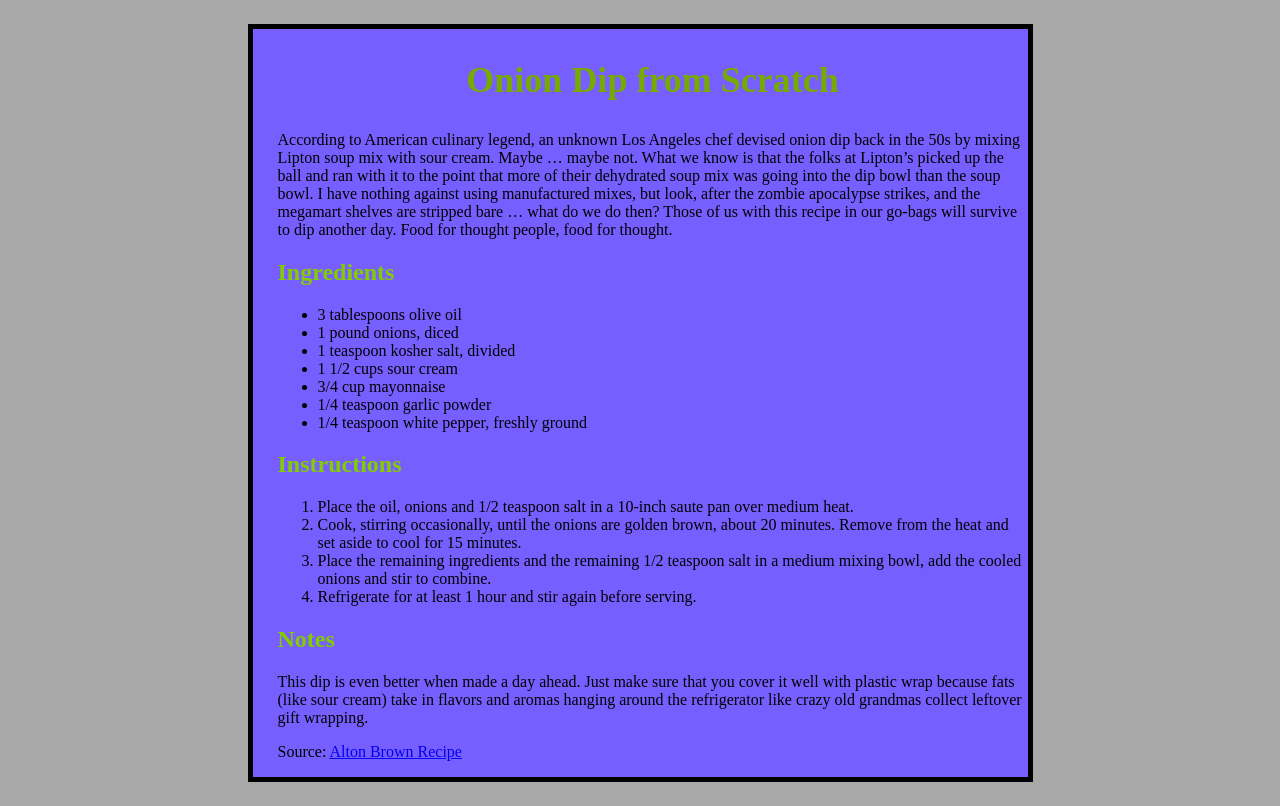
Repository: coltoncherry/mi349fs15
Page: week3/index.html
The author's editor kept a copy of each file at every save. The page is drawn from the files as they stood at one save, then again after the next save.
The browser window is 1280 px wide. The pictures show the whole page.

Above is the page before, as saved 2015-09-23 00:53:17.

### week3/index.html
<!DOCTYPE HTML>
<html>
    <head>
        <meta charset="UTF-8">
        <title>French Onion Dip</title>
        <link rel="stylesheet" type="text/css" href="css/style.css" media="screen"/>
    </head>
    <body>
    	<div class="container">
    	<article class="recipe" id="ab-onion-dip">
        <h1>Onion Dip from Scratch</h1>

        <!--<p><img src="images/alton-brown-onion-dip.jpg" alt="AB Onion Dip"/></p> -->

        <p>According to American culinary legend, an unknown Los Angeles chef devised onion dip back in the 50s by mixing Lipton soup mix with sour cream.  Maybe … maybe not. What we know is that the folks at Lipton’s picked up the ball and ran with it to the point that more of their dehydrated soup mix was going into the dip bowl than the soup bowl.  I have nothing against using manufactured mixes, but look, after the zombie apocalypse strikes, and the megamart shelves are stripped bare … what do we do then?  Those of us with this recipe in our go-bags will survive to dip another day.  Food for thought people, food for thought.</p>

    <h2>Ingredients</h2>
    <ul>
    	<li>3 tablespoons olive oil</li>
    	<li>1 pound onions, diced</li>
    	<li>1 teaspoon kosher salt, divided</li>
    	<li>1 1/2 cups sour cream</li>
    	<li>3/4 cup mayonnaise</li>
		<li>1/4 teaspoon garlic powder</li>
		<li>1/4 teaspoon white pepper, freshly ground</li>
	</ul>


	<h2>Instructions</h2>

	<ol>
		<li>Place the oil, onions and 1/2 teaspoon salt in a 10-inch saute pan over medium heat.</li>
		<li>Cook, stirring occasionally, until the onions are golden brown, about 20 minutes. Remove from the heat and set aside to cool for 15 minutes.</li>
		<li>Place the remaining ingredients and the remaining 1/2 teaspoon salt in a medium mixing bowl, add the cooled onions and stir to combine.</li>
		<li>Refrigerate for at least 1 hour and stir again before serving.</li>
	</ol>

	<h2>Notes</h2>

	<p>This dip is even better when made a day ahead. Just make sure that you cover it well with plastic wrap because fats (like sour cream) take in flavors and aromas hanging around the refrigerator like crazy old grandmas collect leftover gift wrapping.</p>

	<p>Source: <a href="http://altonbrown.com/onion-dip-recipe-from-scratch/">Alton Brown Recipe</a></p>
    	</article>
    	</div>
        </body>
</html>

### week3/css/style.css
body {
	background: #a8a8a8;
}

article{
	background: #775fff;
	border: solid 5px;
	margin: 1.5em auto;
	width: 750px;
	padding-left: 25px;
}

h1{
	font-size: 36px;
	color: #77aa00;
	text-align: center;
}

h2{
	color: #83cc00;
}

img{
	display: block;
	height: 400px;
	border: solid 2px;
	margin-left: auto;
	margin-right: auto;
}

After the next save:
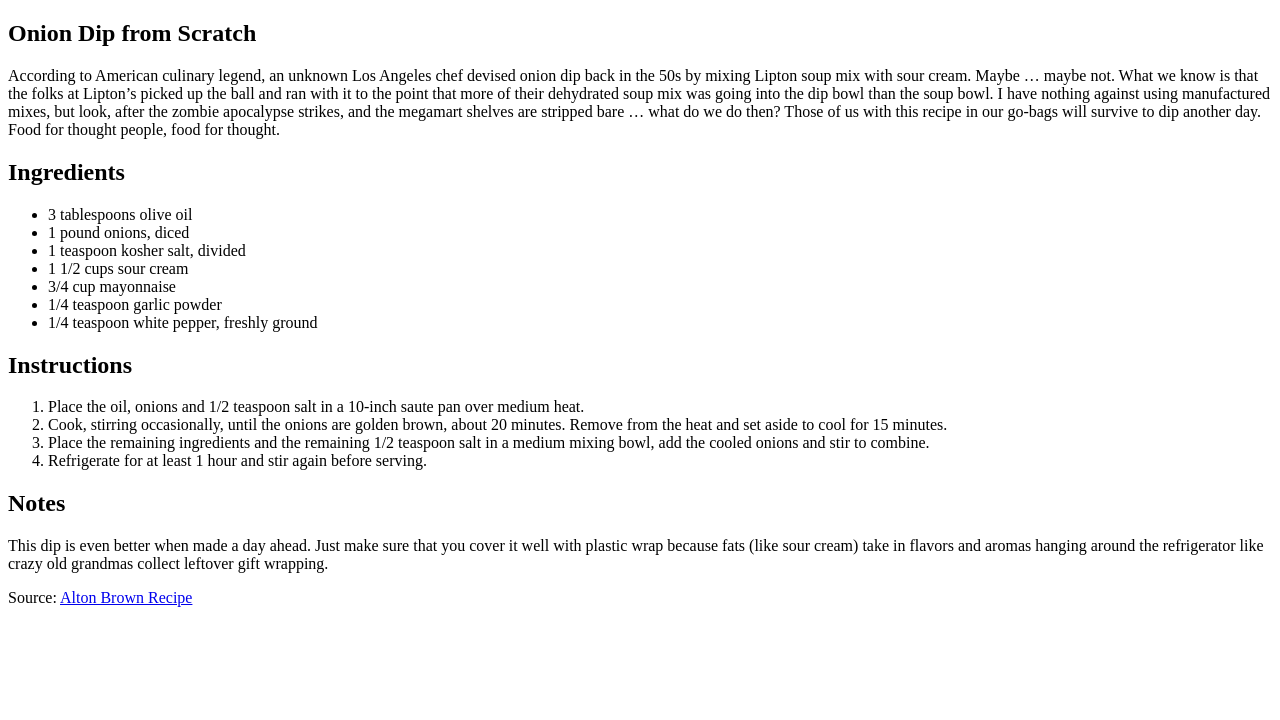
Saved 110 s later.
--- a/week3/css/style.css
+++ b/week3/css/style.css
@@ -1,29 +1,3 @@
-body {
-	background: #a8a8a8;
+.container{
+	margin: 0 auto;
 }
-
-article{
-	background: #775fff;
-	border: solid 5px;
-	margin: 1.5em auto;
-	width: 750px;
-	padding-left: 25px;
-}
-
-h1{
-	font-size: 36px;
-	color: #77aa00;
-	text-align: center;
-}
-
-h2{
-	color: #83cc00;
-}
-
-img{
-	display: block;
-	height: 400px;
-	border: solid 2px;
-	margin-left: auto;
-	margin-right: auto;
-}
